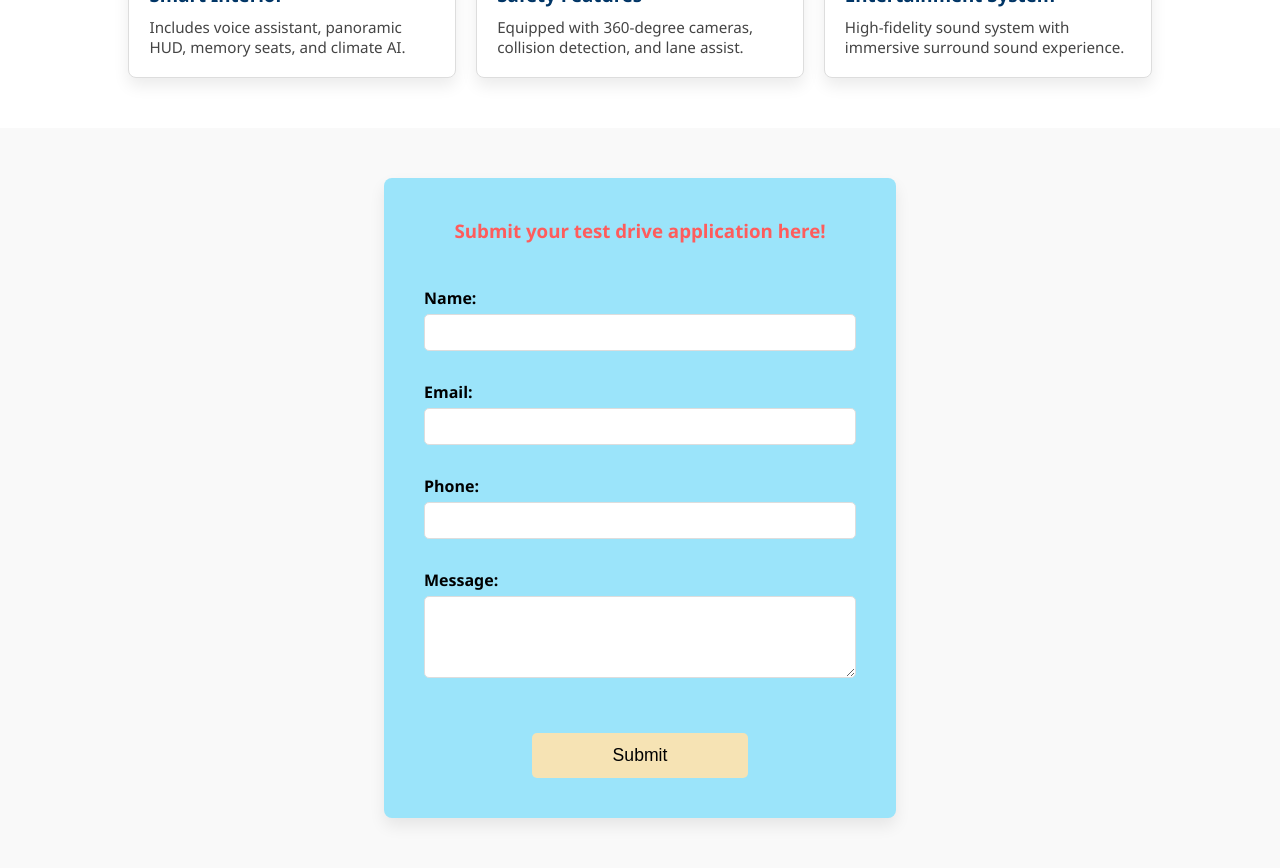
Repository: JiaheSu22/vrooom-responsive-main
Page: index.html
These files come from the project's save history. The page is drawn as it stood at one moment and after the next save; the edit follows.
The browser window is 1280 px wide. The pictures show the part of the page from y = 940 to 1892 px (the page is 1808 px tall before and 1892 px after).
A picture or video elsewhere on the page could not be fetched, so the positions and the page height are approximate.

Above is the page before, as saved 2025-04-11 15:16:54.

After the next save:
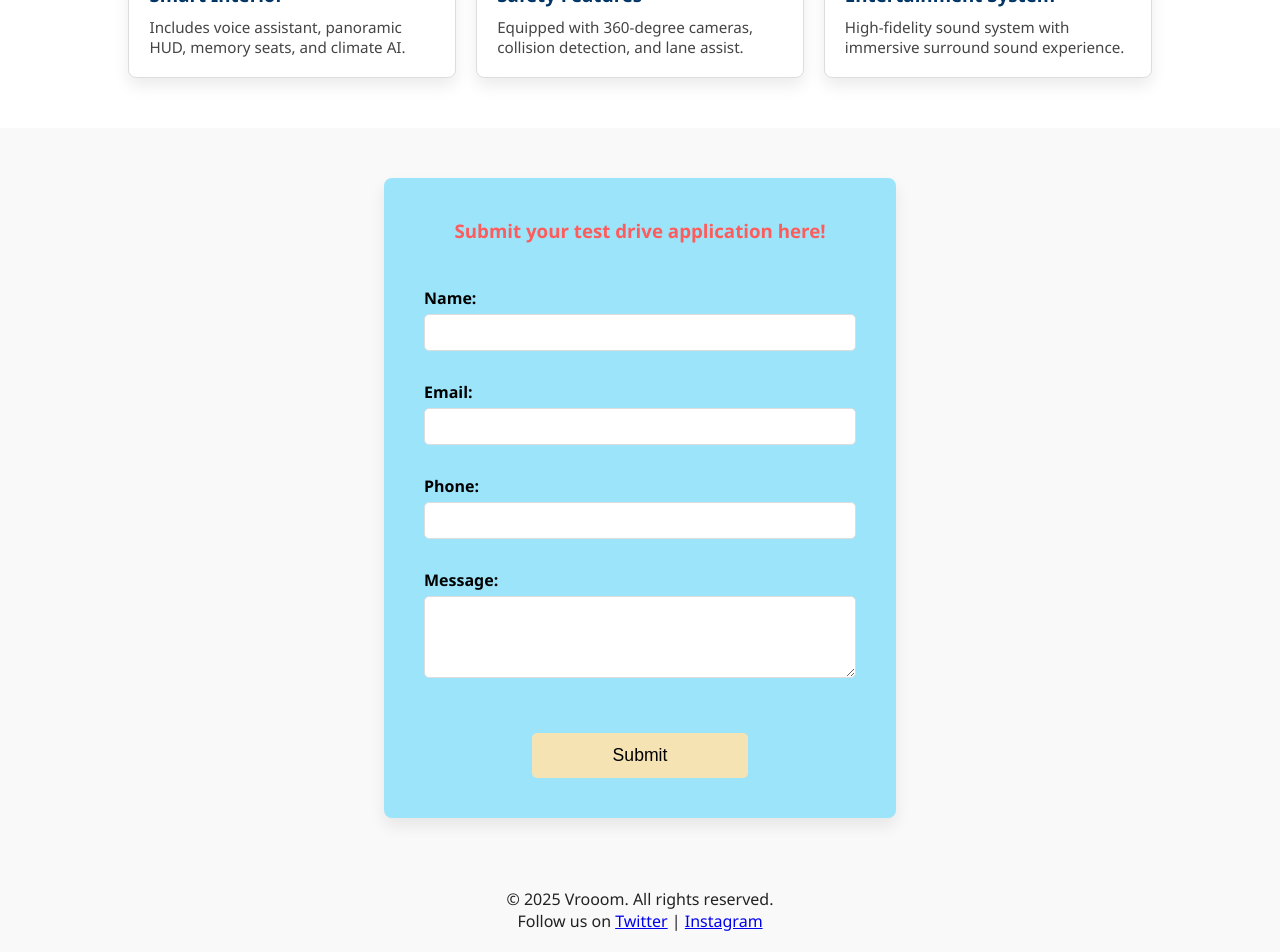
Saved 62 s later.
--- a/index.html
+++ b/index.html
@@ -308,6 +308,14 @@
       <button type="submit">Submit</button>
     </form>
   </section>
+
+  <footer>
+    <div style="text-align: center; padding: 20px; background-color: #f9f9f9;">
+      <p>&copy; 2025 Vrooom. All rights reserved.</p>
+      <p>Follow us on <a href="https://twitter.com/vrooom" target="_blank">Twitter</a> | <a
+          href="https://instagram.com/vrooom" target="_blank">Instagram</a></p>
+    </div>
+  </footer>
 </body>
 
 </html>
